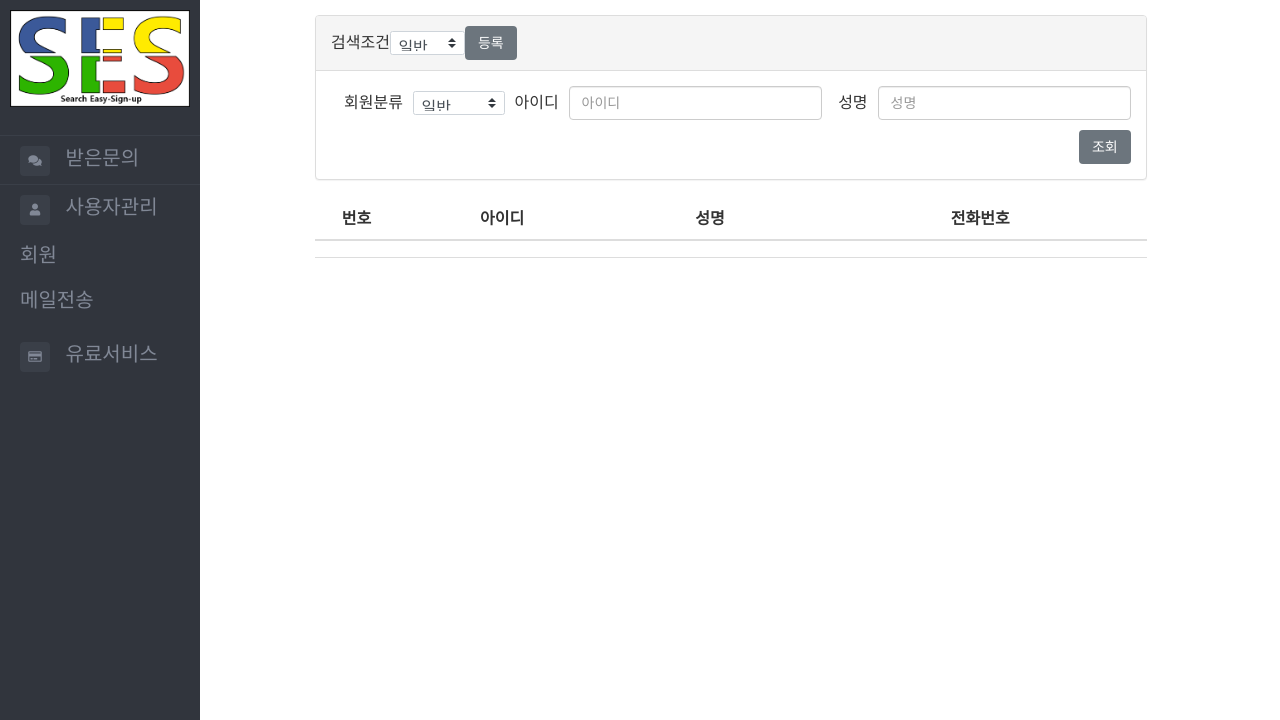
Repository: hyun5292/school
Page: http://localhost/adminSES/WEB-INF/views/member/m_search.jsp
The author's editor kept a copy of each file at every save. The page is drawn from the files as they stood at one save, then again after the next save.
The browser window is 1280 px wide. The pictures show the whole page.
Some web libraries are served in a nearby version. The page is served by Tomcat 9. Nobody is signed in. The template is opened directly, without the code that normally fills it, so the values that code supplies are empty.

Above is the page before, as saved 2020-11-09 08:01:09.

After the next save:
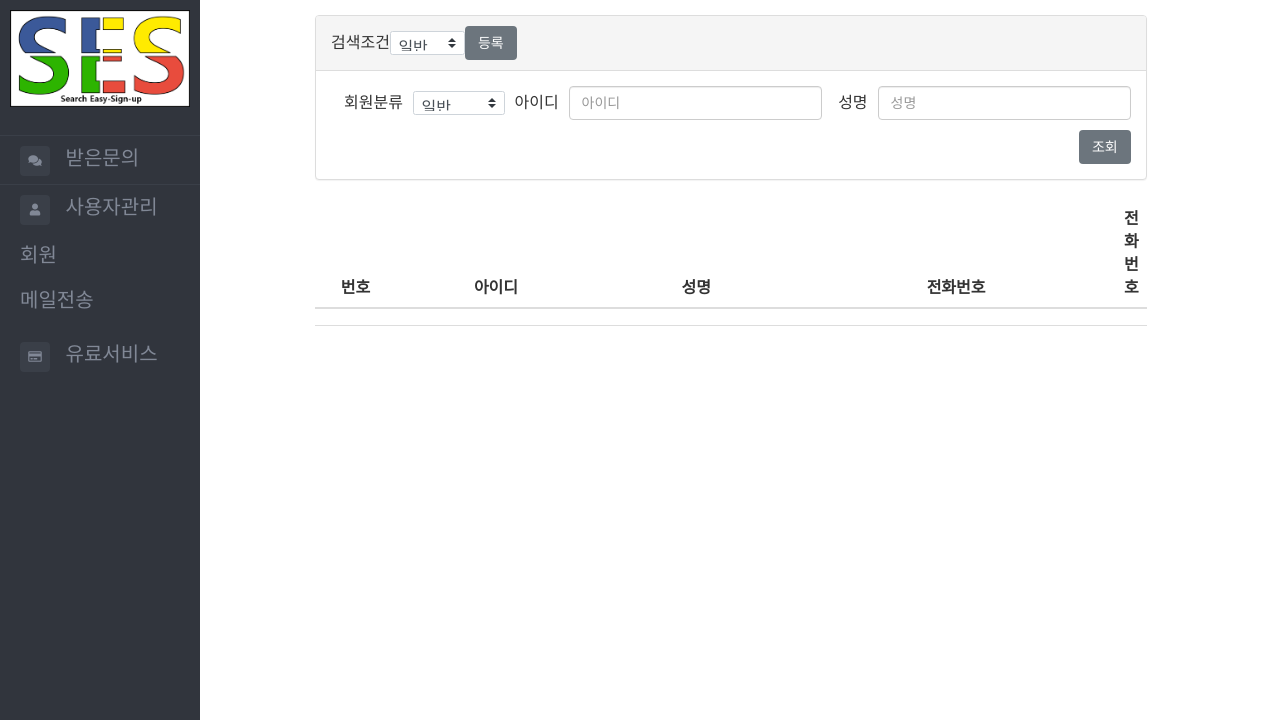
Saved 98 s later.
--- a/sesAdmin/adminSES/src/main/webapp/WEB-INF/views/member/m_search.jsp
+++ b/sesAdmin/adminSES/src/main/webapp/WEB-INF/views/member/m_search.jsp
@@ -141,6 +141,7 @@ table {
 								<th width="25%"><center>아이디</center></th>
 								<th width="25%"><center>성명</center></th>
 								<th width="40%"><center>전화번호</center></th>
+								<th width="15%"><center>전화번호</center></th>
 							</tr>
 						</thead>
 						<tbody>
